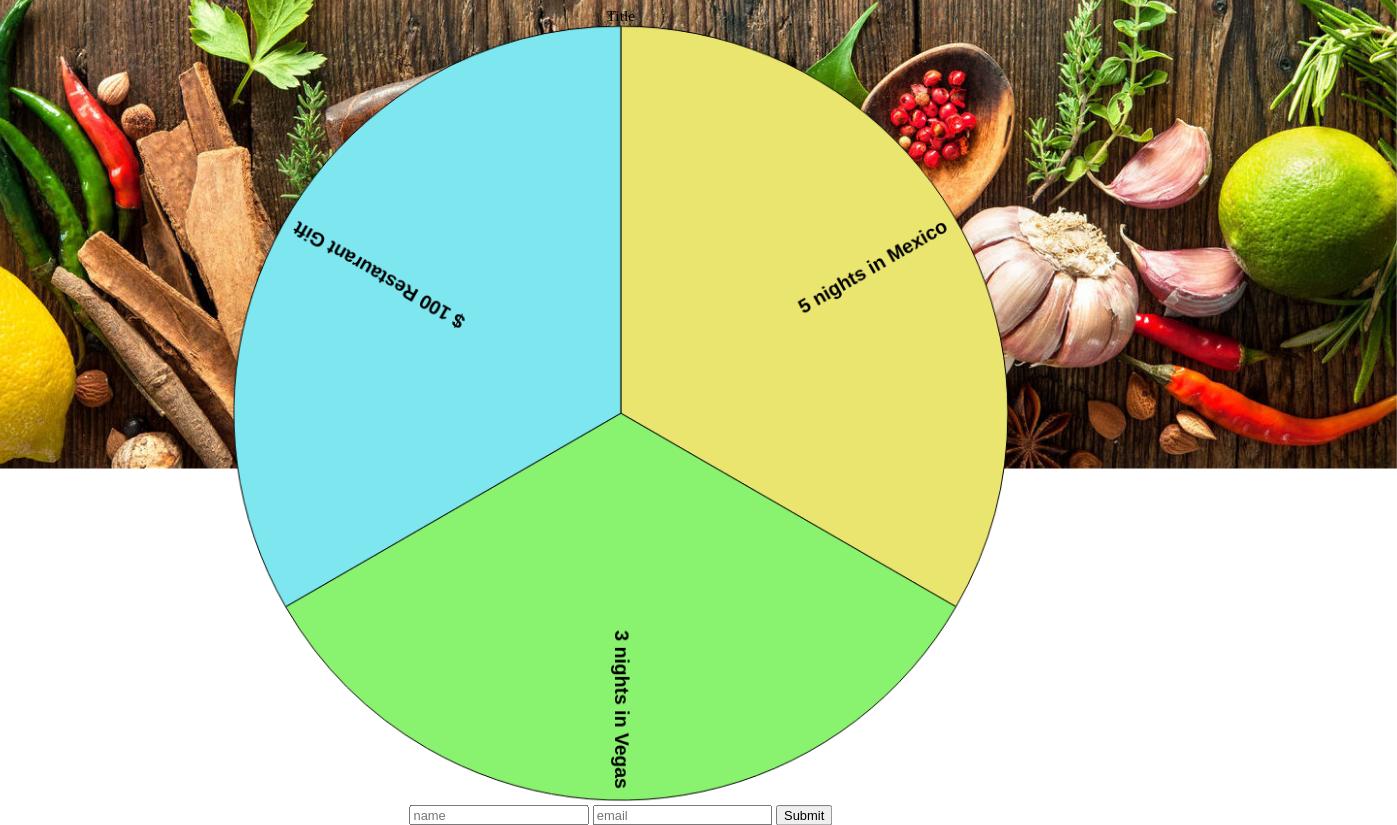
Repository: 43320888/upwork
Page: index.html
These files come from the project's save history. The page is drawn as it stood at one moment and after the next save; the edit follows.
The browser window is 1280 px wide. The page is 1440 px wide, so the pictures cover 1440 px, including what lies to the right of the window. The pictures show the whole page, at 97% of full size.

Above is the page before, as saved 2019-01-16 20:33:58.

After the next save:
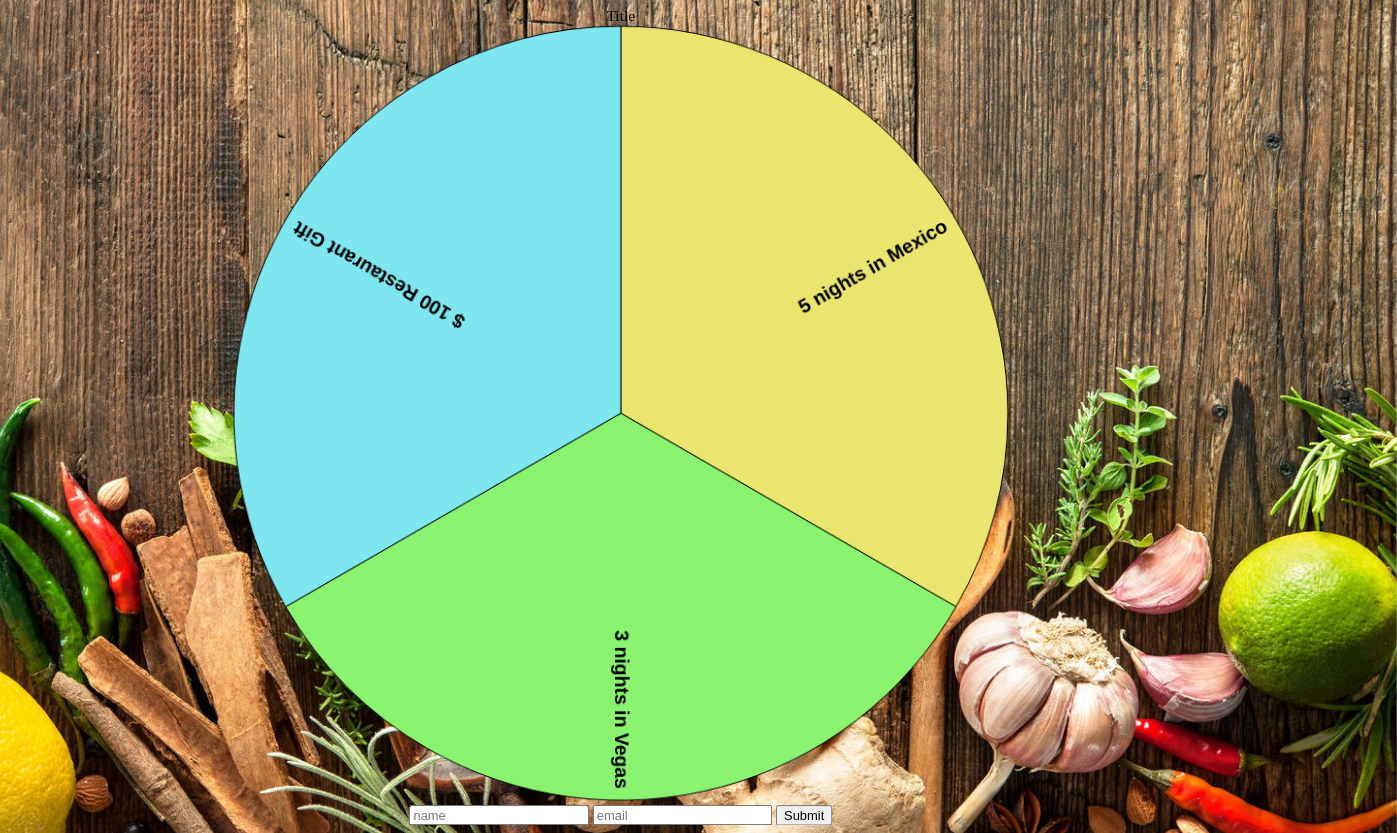
Saved 90 s later.
--- a/script.js
+++ b/script.js
@@ -12,4 +12,4 @@ const theWheel3 = new Winwheel({
 });
 
 
-document.getElementsByClassName('spin-table')[0].style.height = `1vh`
+document.getElementsByClassName('spin-table')[0].style.height = `${document.documentElement.clientheight}px`
